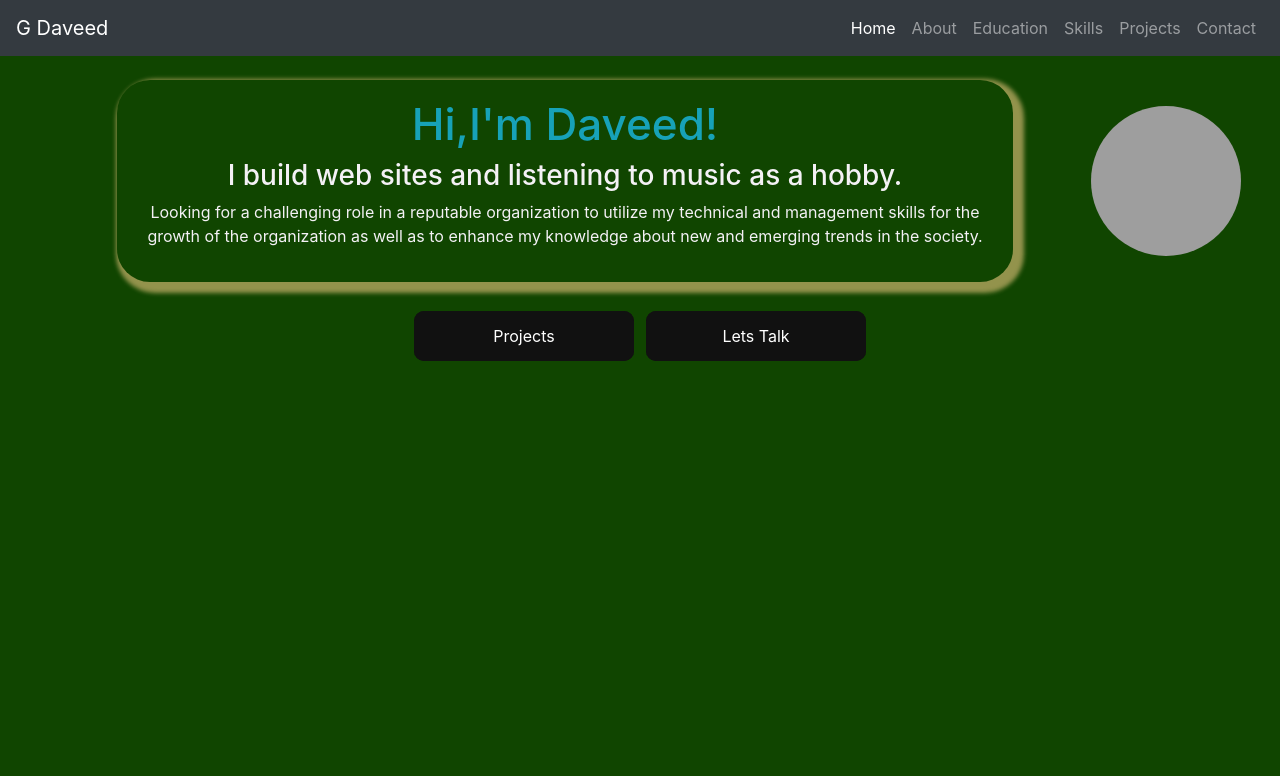
Repository: DaveedGangi/DaveedWebsite
Page: one.html
The author's editor kept a copy of each file at every save. The page is drawn from the files as they stood at one save, then again after the next save.
The browser window is 1280 px wide. The pictures show the whole page.
Pictures or frames that could not be fetched are drawn as grey boxes.

Above is the page before, as saved 2023-10-23 13:32:08.

### one.html
<html>
    <head>
    <link rel="stylesheet" href="two.css"></link>
    <link rel="stylesheet" href="https://cdn.jsdelivr.net/npm/bootstrap@4.5.3/dist/css/bootstrap.min.css" integrity="sha384-TX8t27EcRE3e/ihU7zmQxVncDAy5uIKz4rEkgIXeMed4M0jlfIDPvg6uqKI2xXr2" crossorigin="anonymous">
    <script src="https://code.jquery.com/jquery-3.5.1.slim.min.js" integrity="sha384-DfXdz2htPH0lsSSs5nCTpuj/zy4C+OGpamoFVy38MVBnE+IbbVYUew+OrCXaRkfj" crossorigin="anonymous"></script>
    <script src="https://cdn.jsdelivr.net/npm/bootstrap@4.5.3/dist/js/bootstrap.bundle.min.js" integrity="sha384-ho+j7jyWK8fNQe+A12Hb8AhRq26LrZ/JpcUGGOn+Y7RsweNrtN/tE3MoK7ZeZDyx" crossorigin="anonymous"></script>



</head>

<body>

    <nav class="navbar navbar-expand-lg navbar-dark bg-dark">
        <a class="navbar-brand" href="#">G Daveed</a>
        <button class="navbar-toggler" type="button" data-toggle="collapse" data-target="#navbarNavAltMarkup" aria-controls="navbarNavAltMarkup" aria-expanded="false" aria-label="Toggle navigation">
          <span class="navbar-toggler-icon"></span>
        </button>
        <div class="collapse navbar-collapse" id="navbarNavAltMarkup">
          <div class="navbar-nav ml-auto">
            <a class="nav-link active" href="#">Home <span class="sr-only">(current)</span></a>

            <a class="nav-link" href="#">About</a>
            <a class="nav-link" href="#">Education</a>
            <a class="nav-link" href="#">Skills</a>
            <a class="nav-link" href="#">Projects</a>
            <a class="nav-link" href="#">Contact</a>

          </div>
        </div>
      </nav>

   <div class="bgcontainer">
      <div class="mystory">
        <div>
          <img class="image1" src="https://i.ibb.co/T4YX7Jh/IMG-20221229-170952.jpg">
        </div>
        <div class="card1">
        <h1 class="hi text-info">Hi,I'm Daveed!</h1>
        <h3 class="paragraph">I build web sites and listening to music as a hobby.</h3>

        <p>Looking for a challenging role in a reputable organization to utilize my technical and management  skills for the growth of the organization as well as to enhance my knowledge about new and emerging trends in  the society. </p>

      </div>
      <div>
        <img class="image2" src="https://i.ibb.co/T4YX7Jh/IMG-20221229-170952.jpg">
      </div>

    </div>

    <div class="buttons">
    <button class="btn1 glow-on-hover">Projects</button>
    <button class="glow-on-hover">Lets Talk</button>
    </div>

  </div>

</body>
</html>

### two.css
.bgcontainer {
    height:100vh;
    background-size:cover;
    background-color:rgb(16, 69, 0);

}
.mystory{
    color:rgb(244, 241, 245);
    display: flex;
    flex-direction:column;
    justify-content: center;
    padding-top:24px;
    justify-content:space-around;
    align-items: center;

}
.image1{
    height:150px;
    width:150px;
    border-radius:100px;
    margin:12px;

}
.image2{
    height:150px;
    width:150px;
    border-radius:100px;
    display: none;

}
.card1{

    width:70vw;
    background-color:;
    border-radius: 33px;
    display: flex;
    padding:18px;
    flex-direction: column;
    text-align: center;
    align-items:center;
    box-shadow:5px 5px 4px 6px rgb(147, 147, 76);
}
.buttons{
    display: flex;
    flex-direction: row;
    justify-content: center;
    margin-top:29px;

}
.btn1{
    margin-right:12px;

}
.glow-on-hover {
    width: 220px;
    height: 50px;
    border: none;
    outline: none;
    color: #fff;
    background: #111;
    cursor: pointer;
    position: relative;
    z-index: 0;
    border-radius: 10px;
}

.glow-on-hover:before {
    content: '';
    background: linear-gradient(45deg, #ff0000, #ff7300, #fffb00, #48ff00, #00ffd5, #002bff, #7a00ff, #ff00c8, #ff0000);
    position: absolute;
    top: -2px;
    left:-2px;
    background-size: 400%;
    z-index: -1;
    filter: blur(5px);
    width: calc(100% + 4px);
    height: calc(100% + 4px);
    animation: glowing 20s linear infinite;
    opacity: 0;
    transition: opacity .3s ease-in-out;
    border-radius: 10px;
}

.glow-on-hover:active {
    color: #000
}

.glow-on-hover:active:after {
    background: transparent;
}

.glow-on-hover:hover:before {
    opacity: 1;
}

.glow-on-hover:after {
    z-index: -1;
    content: '';
    position: absolute;
    width: 100%;
    height: 100%;
    background: #111;
    left: 0;
    top: 0;
    border-radius: 10px;
}

@keyframes glowing {
    0% { background-position: 0 0; }
    50% { background-position: 400% 0; }
    100% { background-position: 0 0; }
}
















.btn2{
    margin-left:12px;

}
.hi{
    font-size:44px;
}
@media (min-width: 768px){
    .mystory{
        display: flex;
        flex-direction: row;
    }
    .image1{
        display:none;
    }
    .image2{
        display: block;
    }

}

After the next save:
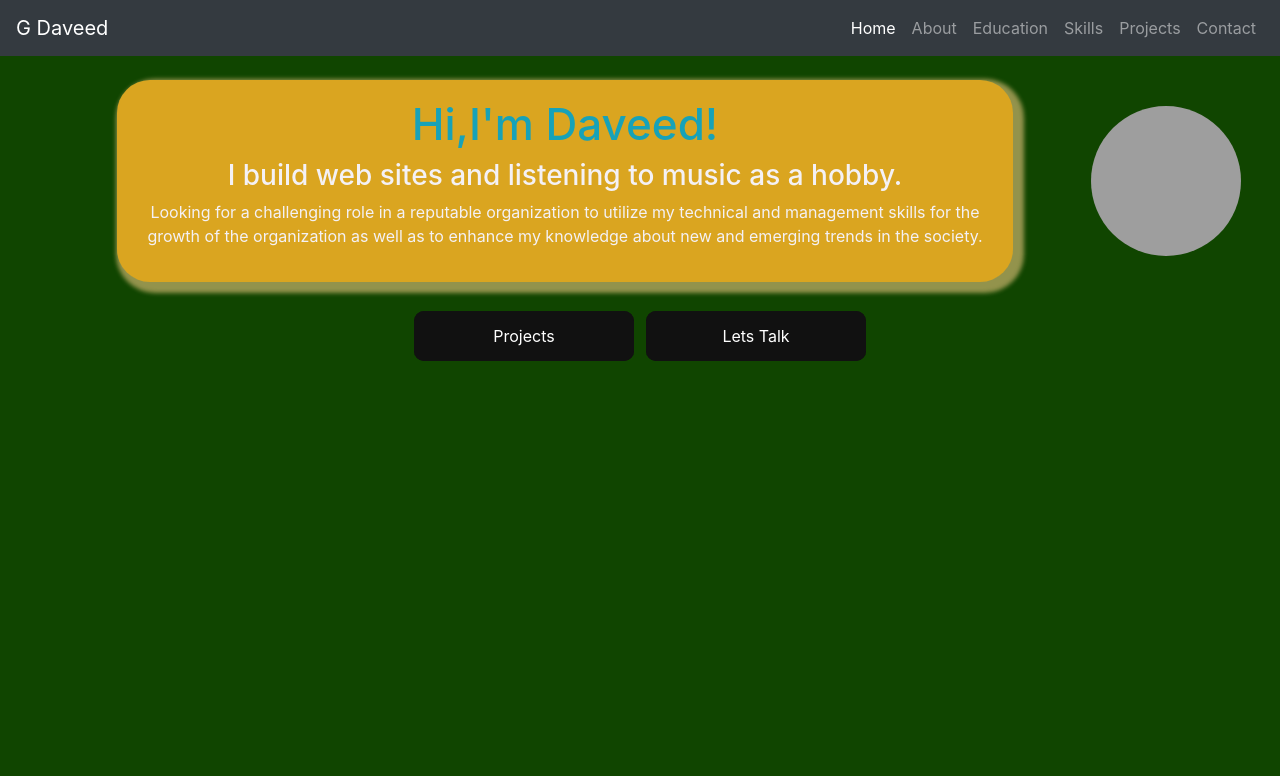
Saved 19 s later.
--- a/two.css
+++ b/two.css
@@ -31,7 +31,7 @@
 .card1{
 
     width:70vw;
-    background-color:;
+    background-color:goldenrod;
     border-radius: 33px;
     display: flex;
     padding:18px;
